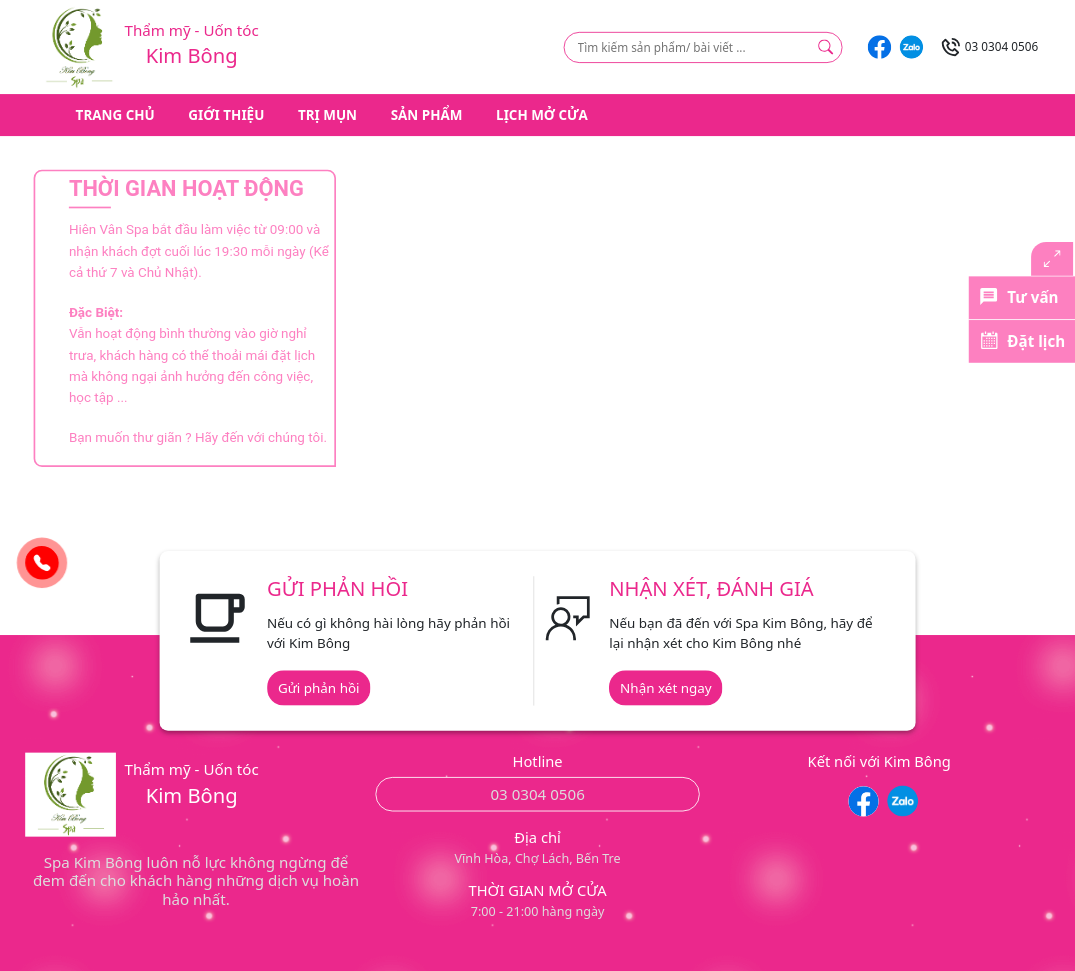
Repository: tranduykhuong/SpaKimBong
Page: /calendar
The author's editor kept a copy of each file at every save. The page is drawn from the files as they stood at one save, then again after the next save.
The browser window is 1280 px wide. The pictures show the whole page, at 84% of full size.
The project was rebuilt for these pictures with package versions that can differ from the ones it lists, and the page was loaded fresh each time. Also part of the build but not shown: src/components/Banner/banner.scss, src/components/Banner/Banner.js, src/pages/Home/home.scss, src/pages/Home/ListImage/listImage.scss, src/pages/Home/ListImage/ListImage.js, src/pages/Home/BookOnline/bookOnl.scss, src/pages/Home/BookOnline/Modal/ModalBook/modalbook.scss, src/pages/Home/BookOnline/Modal/ModalBook/modalbook.js and 24 more.

Above is the page before, as saved 2022-06-06 23:28:02.

After the next save:
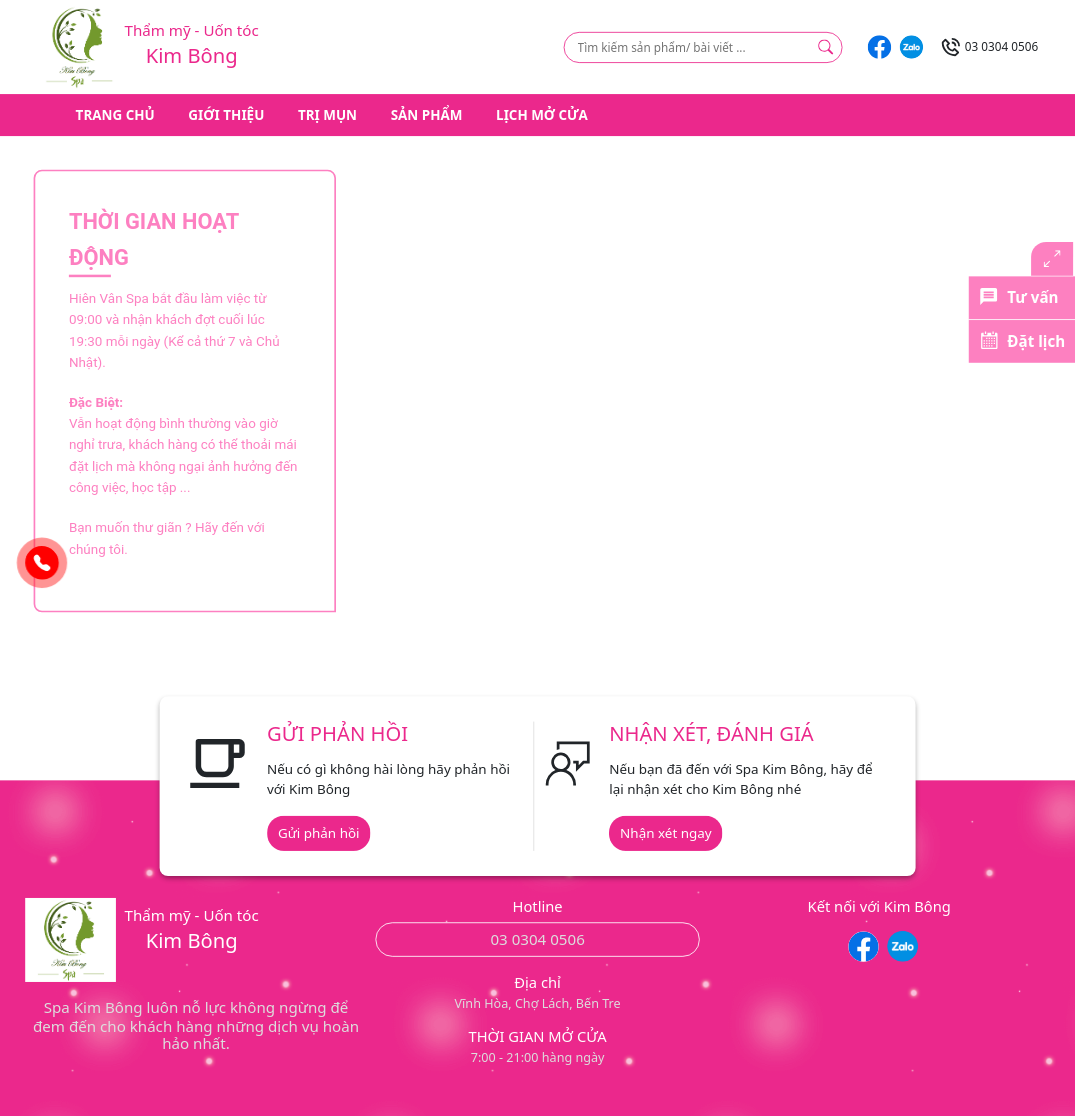
Saved 17 s later.
--- a/src/pages/Calendar/calendar.scss
+++ b/src/pages/Calendar/calendar.scss
@@ -13,7 +13,7 @@
         border-bottom-left-radius: 10px;
         border-top-left-radius: 10px;
         border-top-right-radius: 10px;
-        padding-left: 4rem;
+        padding: 4rem;
 
         h3 {
           margin: 0 0 13px;
